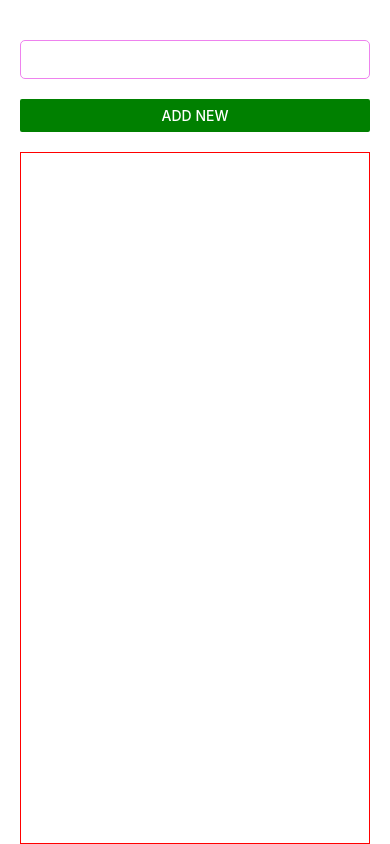
Repository: LuongPTCE181311/React-Native-Ultimate
Screen: /
An editor plug-in stored every save of this project. The screen is shown before and after a run of saves, followed by the edit.
The app was drawn by React Native's web renderer in a window 390 px wide. The project was rebuilt for these pictures with package versions that can differ from the ones it lists, and the page was loaded fresh each time. Some packages were replaced by stand-ins written for this rebuild.

Above is the screen before, as saved 2026-06-14 18:01:21.

After the next 5 saves:
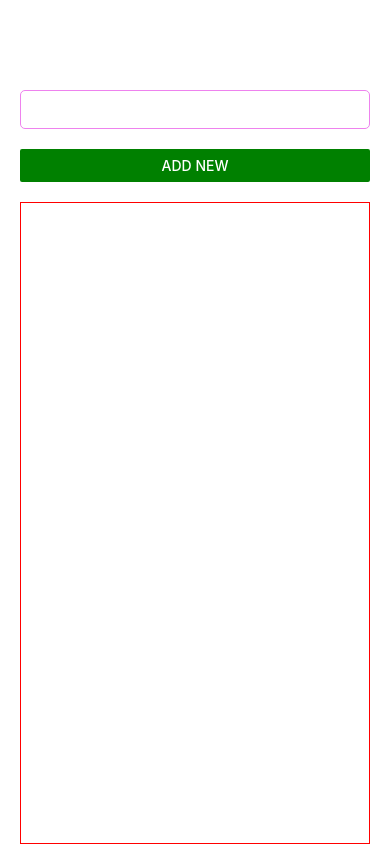
The 5 saves are shown as one change because 1 did not build or start and some came seconds apart.
The last was saved 18 s later.
--- a/App.tsx
+++ b/App.tsx
@@ -28,7 +28,7 @@ const styles = StyleSheet.create({
     // justifyContent: 'center'
     fontSize: 60,
     color: "red",
-
+    marginTop: 50,
     paddingHorizontal: 20,
     paddingTop: 40,
   },
